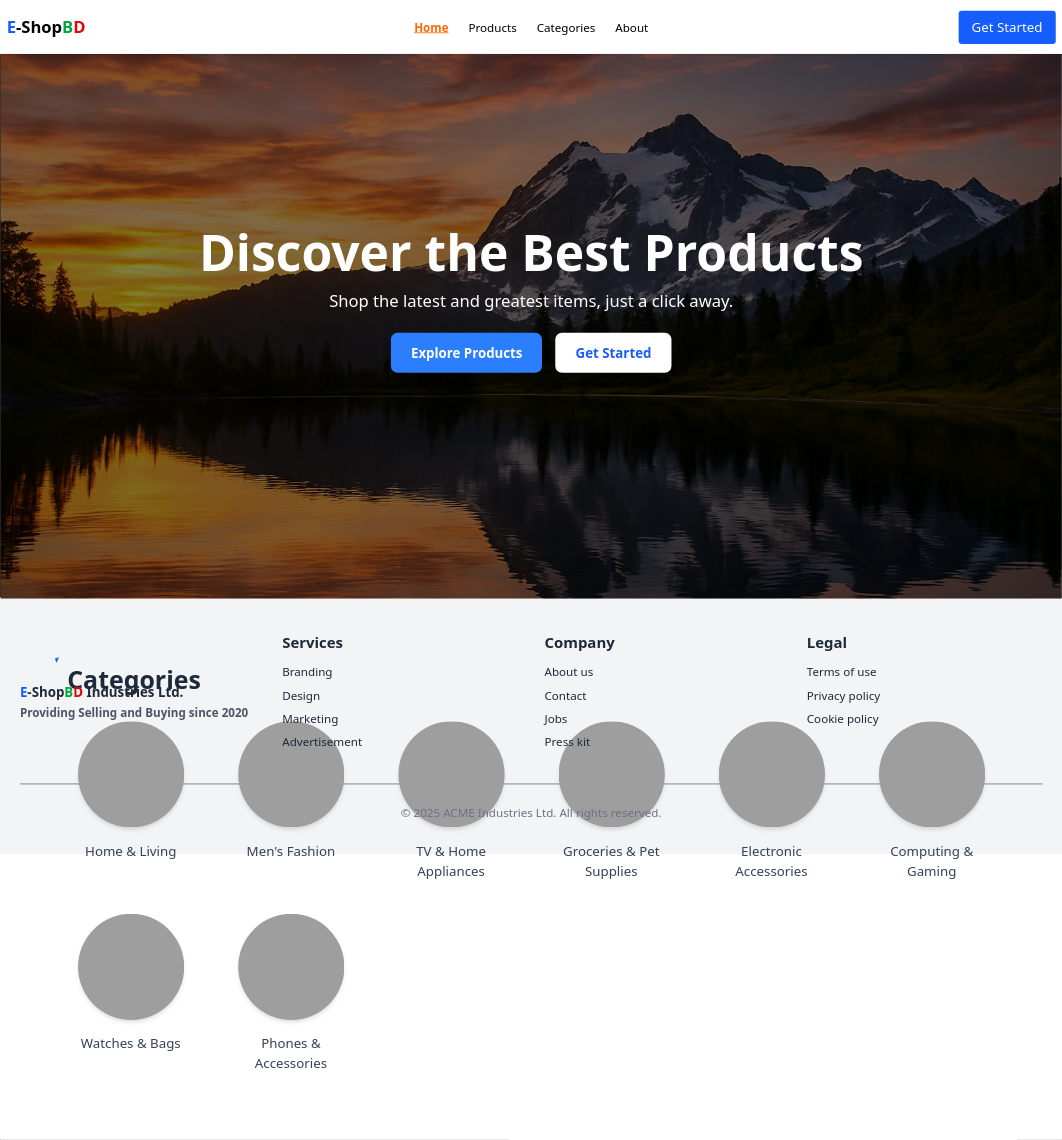
Repository: syedbayzid82849/E-shopBD
Page: /
These files come from the project's save history. The page is drawn as it stood at one moment and after a run of saves; the edit follows.
The browser window is 1280 px wide. The pictures show the whole page, at 83% of full size.
Pictures or frames that could not be fetched are drawn as grey boxes. The project was rebuilt for these pictures with package versions that can differ from the ones it lists, and the page was loaded fresh each time. The framework's server and built-in components were replaced by stand-ins that run in the browser. Also part of the build but not shown: next.config.mjs, src/app/page.module.css, src/app/layouts/page.js.

Above is the page before, as saved 2025-08-22 11:16:21.

After the next 3 saves:
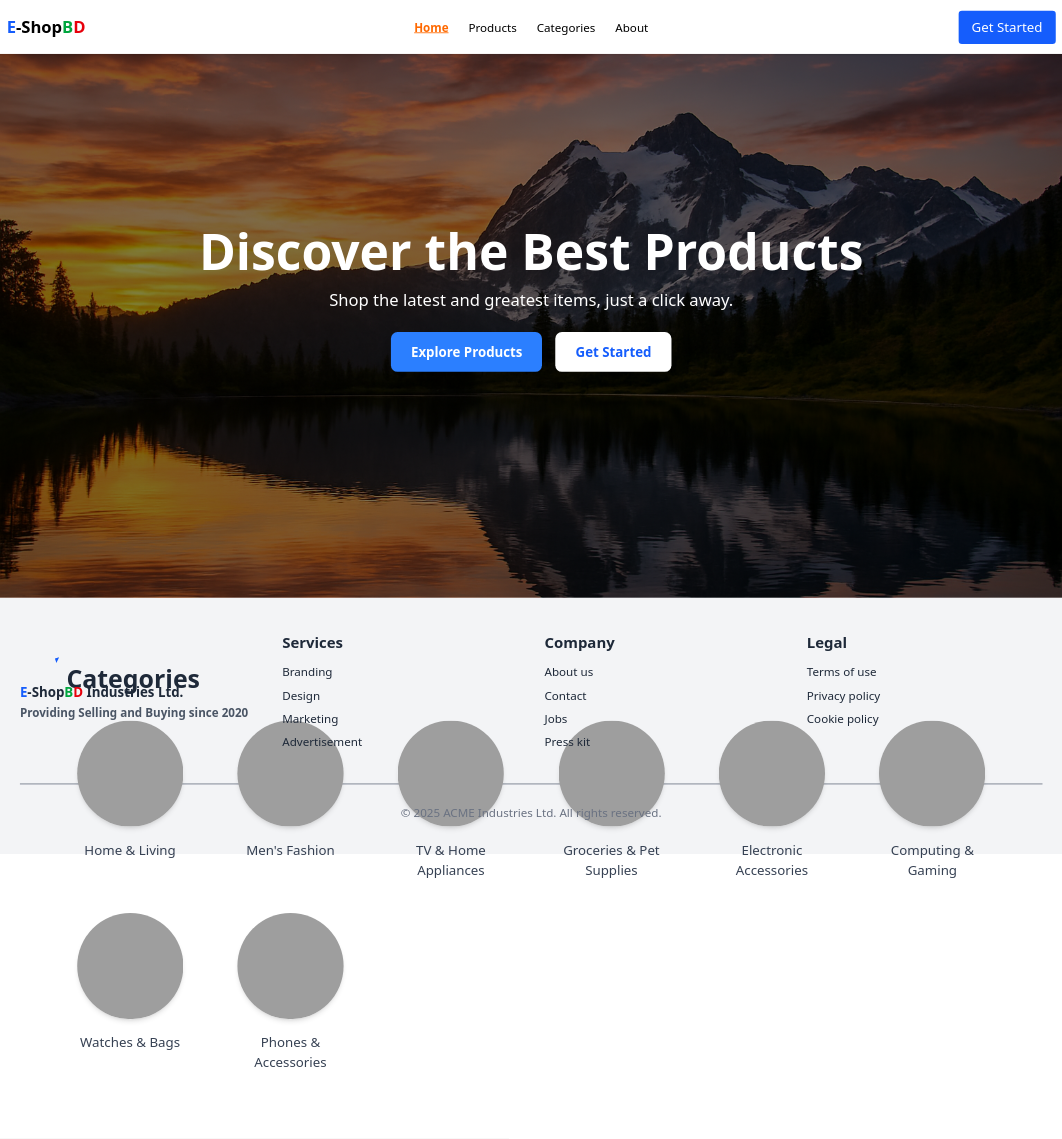
The 3 saves are shown as one change because they came seconds apart.
The last was saved 6 s later.
--- a/src/app/layout.js
+++ b/src/app/layout.js
@@ -25,7 +25,7 @@ export default function RootLayout({ children }) {
         <nav>
           <Navbar></Navbar>
         </nav>
-      <main className="h-screen border max-w-7xl">
+      <main className="h-screen ">
         {children}
       </main>
       <footer>
